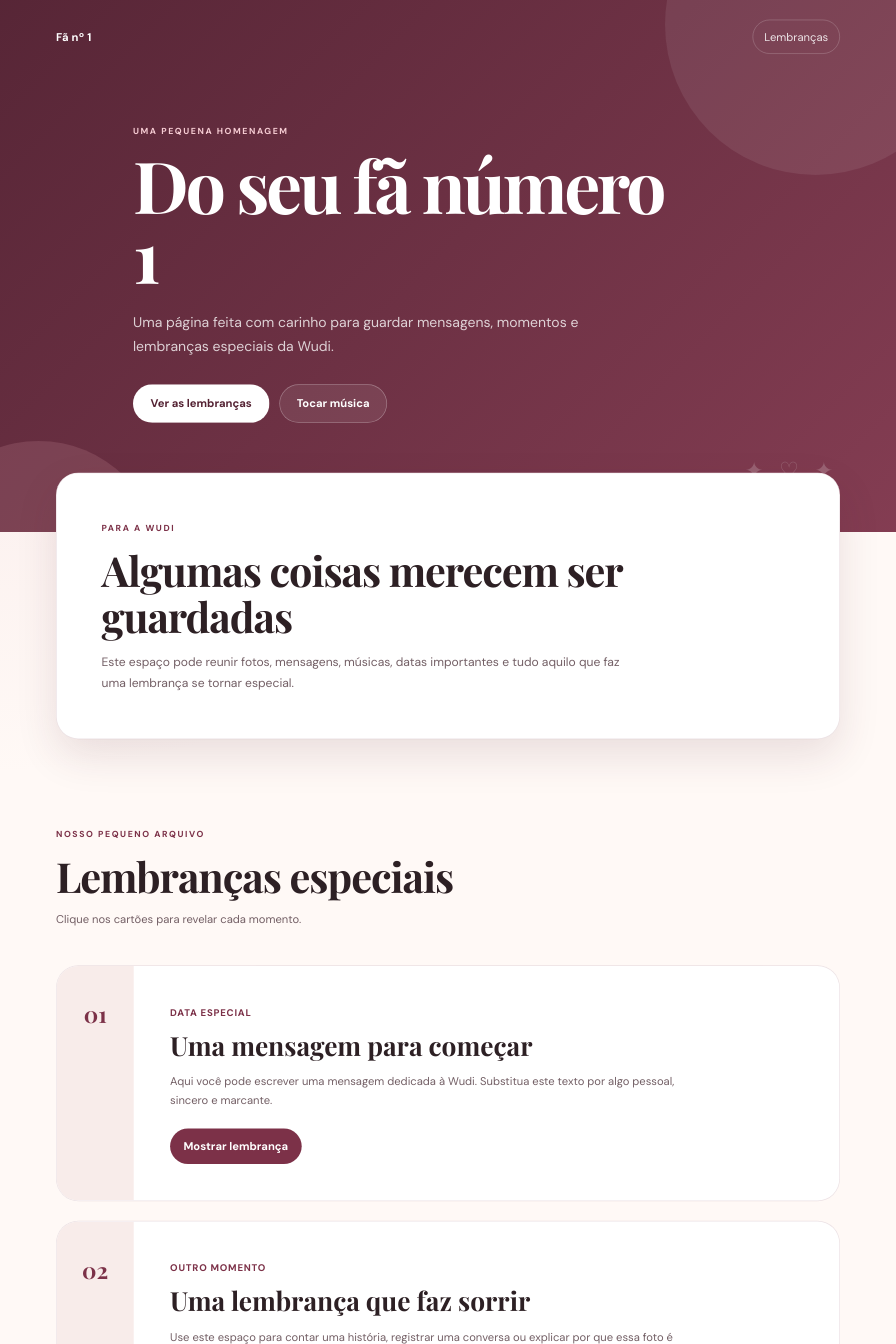
Repository: rrresck/do-seu-fa-numero-1
Page: index.html
The author's editor kept a copy of each file at every save. The page is drawn from the files as they stood at one save, then again after the next save.
The browser window is 1280 px wide. The pictures show the part of the page from y = 0 to 1920 px (the page is 3220 px tall), at 70% of full size.

Above is the page before, as saved 2026-07-24 13:32:47.

After the next save:
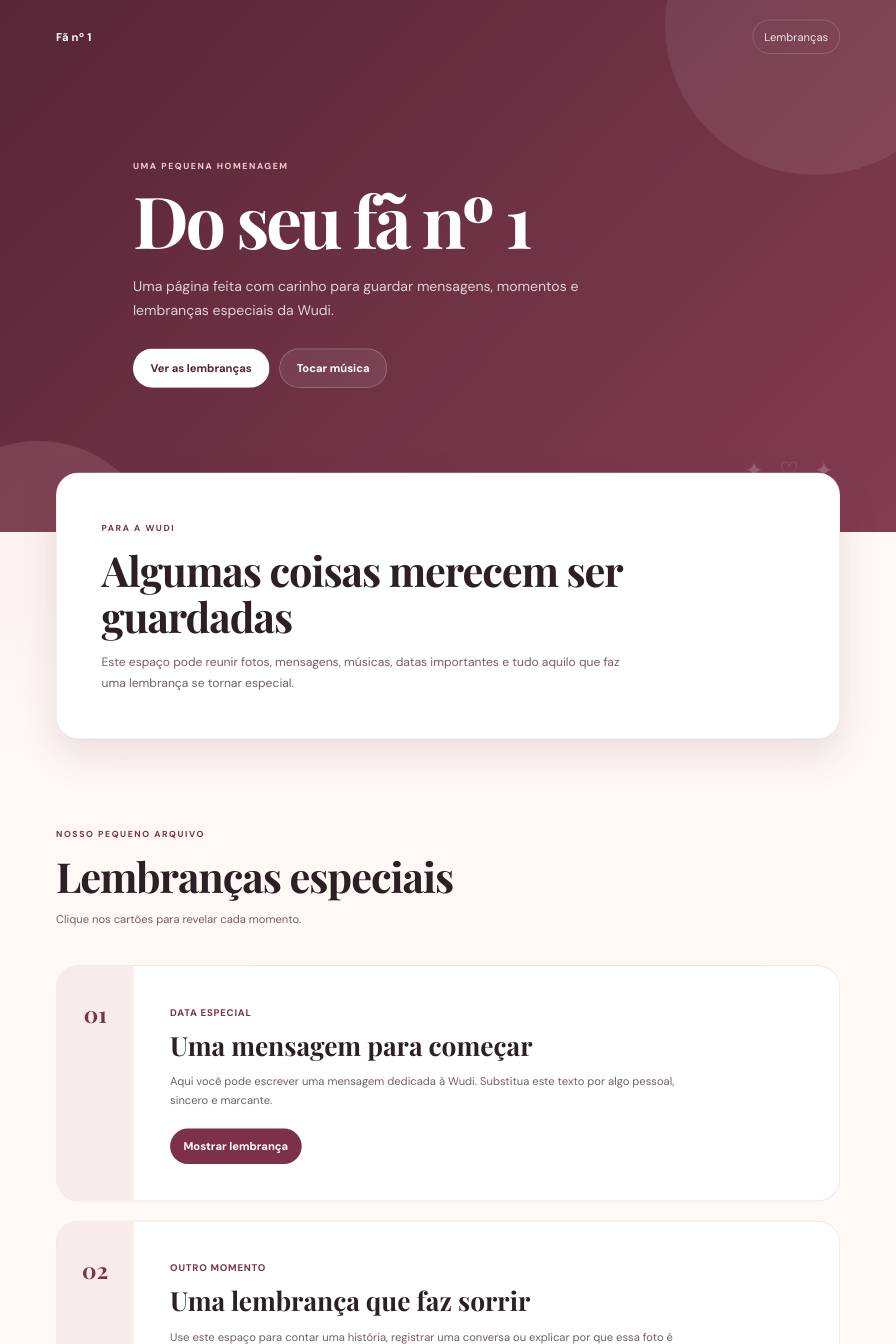
Saved 92 min 28 s later.
--- a/index.html
+++ b/index.html
@@ -40,7 +40,7 @@
         <div class="hero-content container" id="inicio">
             <span class="eyebrow">Uma pequena homenagem</span>
 
-            <h1>Do seu fã número 1</h1>
+            <h1>Do seu fã nº 1</h1>
 
             <p class="hero-description">
                 Uma página feita com carinho para guardar mensagens,
